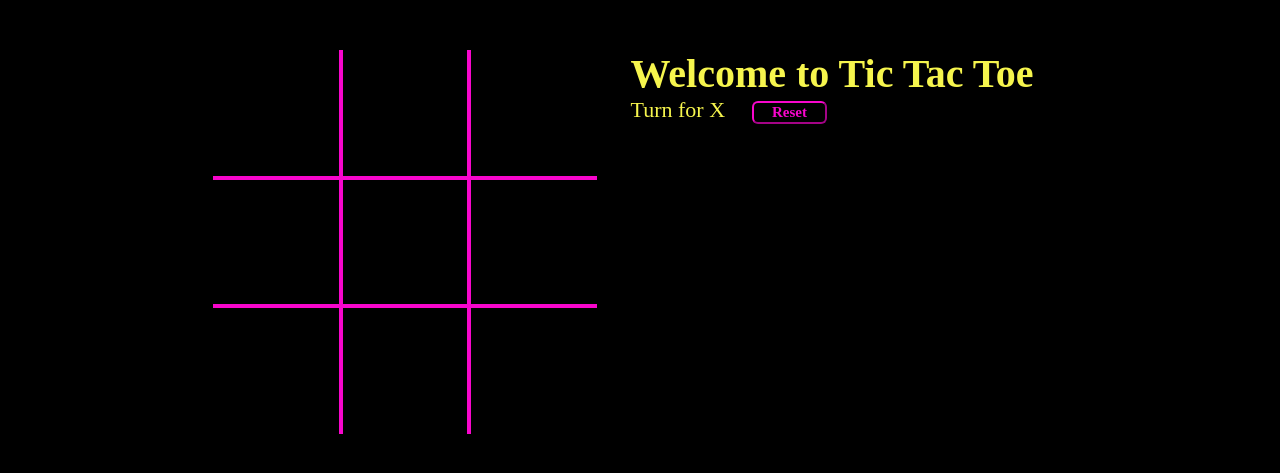
Repository: SontyanaNandini/AWS-Project
Page: http://localhost/
These files come from the project's save history. The page is drawn as it stood at one moment and after the next save; the edit follows.
The browser window is 1280 px wide. The pictures show the whole page.
Some web fonts or font styles are not loaded; a fallback is used. The page is served by the project's application, run on Django 5.2 (manage.py). Other server files are loaded and not shown.

Above is the page before, as saved 2024-12-16 10:43:11.

### templates/index.html
<!DOCTYPE html>
{%load static%}
<html lang="en">
  <head>
    <meta charset="UTF-8" />
    <meta http-equiv="X-UA-Compatible" content="IE=edge" />
    <meta name="viewport" content="width=device-width, initial-scale=1.0" />
    <title>Tic Tac Toe</title>
    <link rel="stylesheet" href="style.css" />
  </head>
  <body>
    <div class="gameContainer">
        <div class="container">
          <div class="line"></div>
        <div class="box bt-0 bl-0"><span class="boxtext"></span></div>
        <div class="box bt-0"><span class="boxtext"></span></div>
        <div class="box bt-0 br-0"><span class="boxtext"></span></div>
        <div class="box bl-0"><span class="boxtext"></span></div>
        <div class="box"><span class="boxtext"></span></div>
        <div class="box br-0"><span class="boxtext"></span></div>
        <div class="box bl-0 bb-0"><span class="boxtext"></span></div>
        <div class="box bb-0"><span class="boxtext"></span></div>
        <div class="box bb-0 br-0"><span class="boxtext"></span></div>
      </div>
      <div class="gameInfo">
        <h1>Welcome to Tic Tac Toe</h1>
        <div>
          <span class="info">Turn for X</span>
          <button id="reset">Reset</button>
        </div>
      </div>
    </div>
    <script src="script.js"></script>
  </body>
</html>

### app/views.py
from django.shortcuts import render
def index(request):
    return render(request,'index.html')

### aws/urls.py
"""
URL configuration for aws project.

The `urlpatterns` list routes URLs to views. For more information please see:
    https://docs.djangoproject.com/en/5.1/topics/http/urls/
Examples:
Function views
    1. Add an import:  from my_app import views
    2. Add a URL to urlpatterns:  path('', views.home, name='home')
Class-based views
    1. Add an import:  from other_app.views import Home
    2. Add a URL to urlpatterns:  path('', Home.as_view(), name='home')
Including another URLconf
    1. Import the include() function: from django.urls import include, path
    2. Add a URL to urlpatterns:  path('blog/', include('blog.urls'))
"""


from django.contrib import admin
from django.urls import path,include

urlpatterns=[
path('admin/',admin.site.urls),
path('',include('app.urls')),
]

### app/urls.py
from django.urls import path
from . import views

urlpatterns=[path('',views.index,name='index')
]

### static/style.css
@import url('https://fonts.googleapis.com/css2?family=Baloo+Bhaina+2&family=Roboto&display=swap');
*{
    margin: 0;
    padding: 0;
    background-color: black;
}

nav ul{
    list-style-type: none;
}

.gameContainer{
    display: flex;
    justify-content: center;
    margin-top: 50px;
}

.container{
    display: grid;
    grid-template-rows: repeat(3, 10vw);
    grid-template-columns: repeat(3, 10vw);
    font-family: 'Roboto', sans-serif;
    position: relative;
}

.box{
    border: 2px solid #F806CC;
    font-size: 8vw;
    cursor: pointer;
    display: flex;
    justify-content: center;
    align-items: center;
}

.boxtext{
    color: #00FFAB;
}

.info {
    font-size: 22px;
}

.gameInfo{
    padding: 0 34px;
    font-family: 'Baloo Bhaina 2', cursive;
    color: #F6F54D;
}

.gameInfo h1{
    font-size: 2.5rem;
}

.imgbox img{
    width: 0;
    transition: width 1s ease-in-out;
}

.br-0{
    border-right: 0;
}

.bl-0{
    border-left: 0;
}

.bt-0{
    border-top: 0;
}

.bb-0{
    border-bottom: 0;
}

#reset {
    margin: 0 23px;
    padding: 1px 18px;
    background: black;
    color: #F806CC;
    border-radius: 6px;
    border-color: #F806CC;
    cursor: pointer;
    font-family: 'Baloo Bhaina 2';
    font-size: 15px;
    font-weight: bolder;
}

.line{
    background-color: black;
    height: 3px;
    width: 0;
    position: absolute;
    background-color: #911d91;
    transition: width 1s ease-in-out;
}

@media screen and (max-width: 950px)
{
    .gameContainer{
        flex-wrap: wrap;
    }
    .gameInfo{
        margin-top: 34px;
    }
    .gameInfo h1{
        font-size: 1.5rem;
    }
    .container {
        grid-template-rows: repeat(3, 20vw);
        grid-template-columns: repeat(3, 20vw);
    }
}

### static/script.js
console.log("Welcome to Tic Tac Toe")
let turn = "X"
let isgameover = false;

// Function to change the turn
const changeTurn = ()=>{
    return turn === "X"? "0": "X"
}

// Function to check for a win
const checkWin = ()=>{
    let boxtext = document.getElementsByClassName('boxtext');
    let wins = [
        [0, 1, 2, 5, 5, 0],
        [3, 4, 5, 5, 15, 0],
        [6, 7, 8, 5, 25, 0],
        [0, 3, 6, -5, 15, 90],
        [1, 4, 7, 5, 15, 90],
        [2, 5, 8, 15, 15, 90],
        [0, 4, 8, 5, 15, 45],
        [2, 4, 6, 5, 15, 135],
    ]
    wins.forEach(e =>{
        if((boxtext[e[0]].innerText === boxtext[e[1]].innerText) && (boxtext[e[2]].innerText === boxtext[e[1]].innerText) && (boxtext[e[0]].innerText !== "") ){
            document.querySelector('.info').innerText = boxtext[e[0]].innerText + " Won"
            isgameover = true
            document.querySelector(".line").style.transform = `translate(${e[3]}vw, ${e[4]}vw) rotate(${e[5]}deg)`
            document.querySelector(".line").style.width = "20vw";
        }
    })
}

// Game Logic
let boxes = document.getElementsByClassName("box");
Array.from(boxes).forEach(element =>{
    let boxtext = element.querySelector('.boxtext');
    element.addEventListener('click', ()=>{
        if(boxtext.innerText === ''){
            boxtext.innerText = turn;
            turn = changeTurn();
            checkWin();
            if (!isgameover){
                document.getElementsByClassName("info")[0].innerText  = "Turn for " + turn;
            }
        }
    })
})

// Add onclick listener to reset button
reset.addEventListener('click', ()=>{
    let boxtexts = document.querySelectorAll('.boxtext');
    Array.from(boxtexts).forEach(element => {
        element.innerText = ""
    });
    turn = "X";
    isgameover = false
    document.querySelector(".line").style.width = "0vw";
    document.getElementsByClassName("info")[0].innerText  = "Turn for " + turn;
})

After the next save:
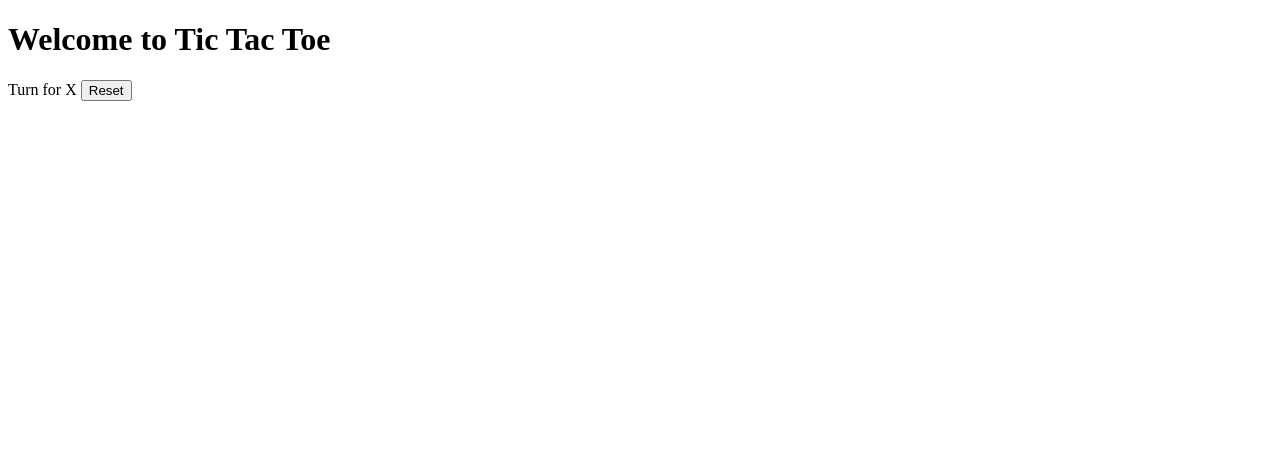
Saved 92 s later.
--- a/templates/index.html
+++ b/templates/index.html
@@ -6,7 +6,7 @@
     <meta http-equiv="X-UA-Compatible" content="IE=edge" />
     <meta name="viewport" content="width=device-width, initial-scale=1.0" />
     <title>Tic Tac Toe</title>
-    <link rel="stylesheet" href="style.css" />
+    <link rel="stylesheets" href="style.css" />
   </head>
   <body>
     <div class="gameContainer">
